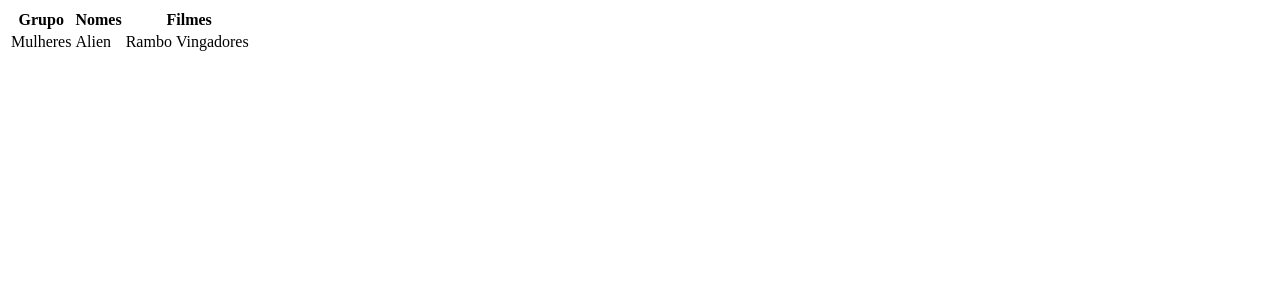
Repository: Lucianorodriguesdev/cursoHTML-CSS
Page: ex023/tabelas/index.html
An editor plug-in stored every save of this project. The page is shown before and after the next save, followed by the edit.
The browser window is 1280 px wide. The pictures show the whole page.

Above is the page before, as saved 2026-06-23 21:46:20.

### ex023/tabelas/index.html
<!DOCTYPE html>
<html lang="pt-br">
<head>
    <meta charset="UTF-8">
    <meta name="viewport" content="width=device-width, initial-scale=1.0">
    <title>Trabalhando com tabelas</title>
</head>
<body>
    <table>
        <thead>
            <tr>
                <th>Grupo</th>
                <th>Nomes</th>
                <th colspan="3">Filmes</th>
            </tr>
        </thead>
        <tbody>
            <tr>
                <td rowspan="3">Mulheres</td>
                <td>Alien</td>
                <td>Rambo</td>
                <td>Vingadores</td>
                <td></td>
            </tr>
        </tbody>
    </table>

</body>
</html>

After the next save:
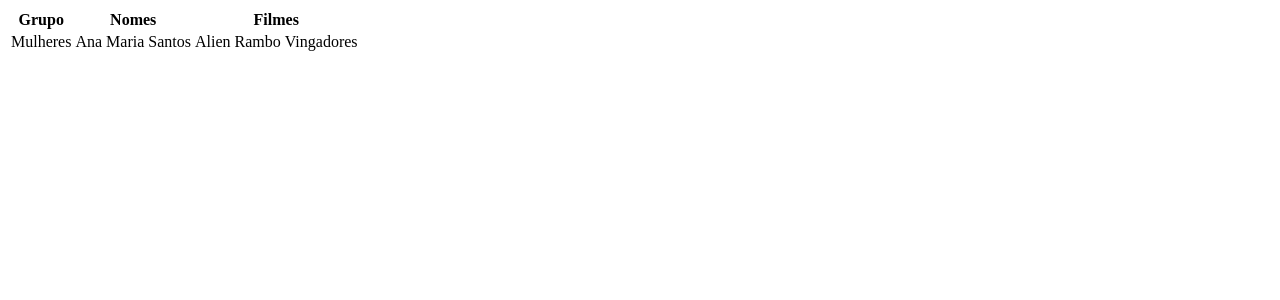
Saved 28 s later.
--- a/ex023/tabelas/index.html
+++ b/ex023/tabelas/index.html
@@ -17,10 +17,10 @@
         <tbody>
             <tr>
                 <td rowspan="3">Mulheres</td>
+                <td>Ana Maria Santos</td>
                 <td>Alien</td>
                 <td>Rambo</td>
                 <td>Vingadores</td>
-                <td></td>
             </tr>
         </tbody>
     </table>
